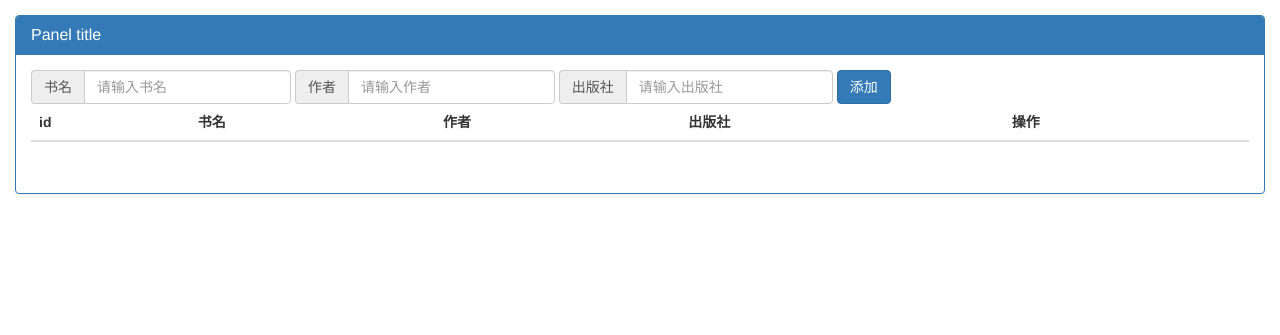
Repository: Bluesouls/eliauk.github.io
Page: Ajax学习笔记/day01/code/图书管理.html
The author's editor kept a copy of each file at every save. The page is drawn from the files as they stood at one save, then again after the next save.
The browser window is 1280 px wide. The pictures show the whole page.

Above is the page before, as saved 2022-04-24 17:00:38.
Console error (its wording comes from the project's code and is left out).

### Ajax学习笔记/day01/code/图书管理.html
<!DOCTYPE html>
<html lang="en">
<head>
  <meta charset="UTF-8">
  <meta http-equiv="X-UA-Compatible" content="IE=edge">
  <meta name="viewport" content="width=device-width, initial-scale=1.0">
  <link href="https://cdn.bootcss.com/bootstrap/3.3.7/css/bootstrap.css" rel="stylesheet">
  <script src="https://cdn.bootcss.com/bootstrap/3.3.7/js/bootstrap.js"></script>
  <title>图书管理</title>
</head>
<body style="padding:15px">

  <div class="panel panel-primary">
      <div class="panel-heading">
        <h3 class="panel-title">Panel title</h3>
      </div>
      <div class="panel-body">
        <form class="form-inline" method="get" action="">
          <div class="input-group">
            <div class="input-group-addon">书名</div>
            <input type="text" class="form-control" id="books" placeholder="请输入书名">
          </div>
          <div class="input-group">
            <div class="input-group-addon">作者</div>
            <input type="text" class="form-control" id="author" placeholder="请输入作者">
          </div>
          <div class="input-group">
            <div class="input-group-addon">出版社</div>
            <input type="text" class="form-control" id="publisher" placeholder="请输入出版社">
          </div>

          <button type="button" class="btn btn-primary">添加</button>

        </form>

        <table class="table table-hover">
          <thead>
            <tr>
              <th>id</th>
              <th>书名</th>
              <th>作者</th>
              <th>出版社</th>
              <th>操作</th>
            </tr>
          </thead>
          <tbody>
            <tr>
              <td></td>
            </tr>
          </tbody>
        </table>


      </div>
  </div>

</body>
</html>

After the next save:
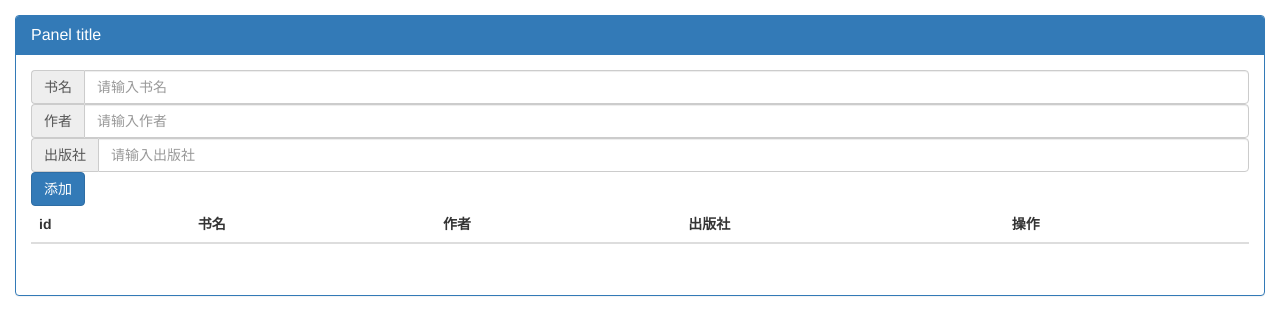
Saved 83 s later.
--- a/Ajax学习笔记/day01/code/图书管理.html
+++ b/Ajax学习笔记/day01/code/图书管理.html
@@ -14,8 +14,8 @@
       <div class="panel-heading">
         <h3 class="panel-title">Panel title</h3>
       </div>
-      <div class="panel-body">
-        <form class="form-inline" method="get" action="">
+      <div class="panel-body" form-innline>
+
           <div class="input-group">
             <div class="input-group-addon">书名</div>
             <input type="text" class="form-control" id="books" placeholder="请输入书名">
@@ -31,7 +31,7 @@
 
           <button type="button" class="btn btn-primary">添加</button>
 
-        </form>
+
 
         <table class="table table-hover">
           <thead>

After the 3 saves that followed:
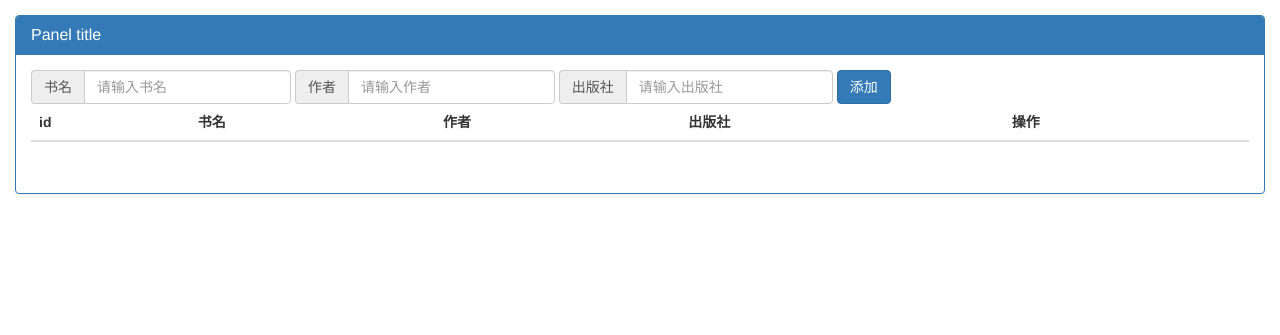
The 3 saves are shown as one change because 1 left the picture as it was and some came seconds apart.
The last was saved 34 s later.
--- a/Ajax学习笔记/day01/code/图书管理.html
+++ b/Ajax学习笔记/day01/code/图书管理.html
@@ -14,7 +14,7 @@
       <div class="panel-heading">
         <h3 class="panel-title">Panel title</h3>
       </div>
-      <div class="panel-body" form-innline>
+      <div class="panel-body form-inline">
 
           <div class="input-group">
             <div class="input-group-addon">书名</div>
